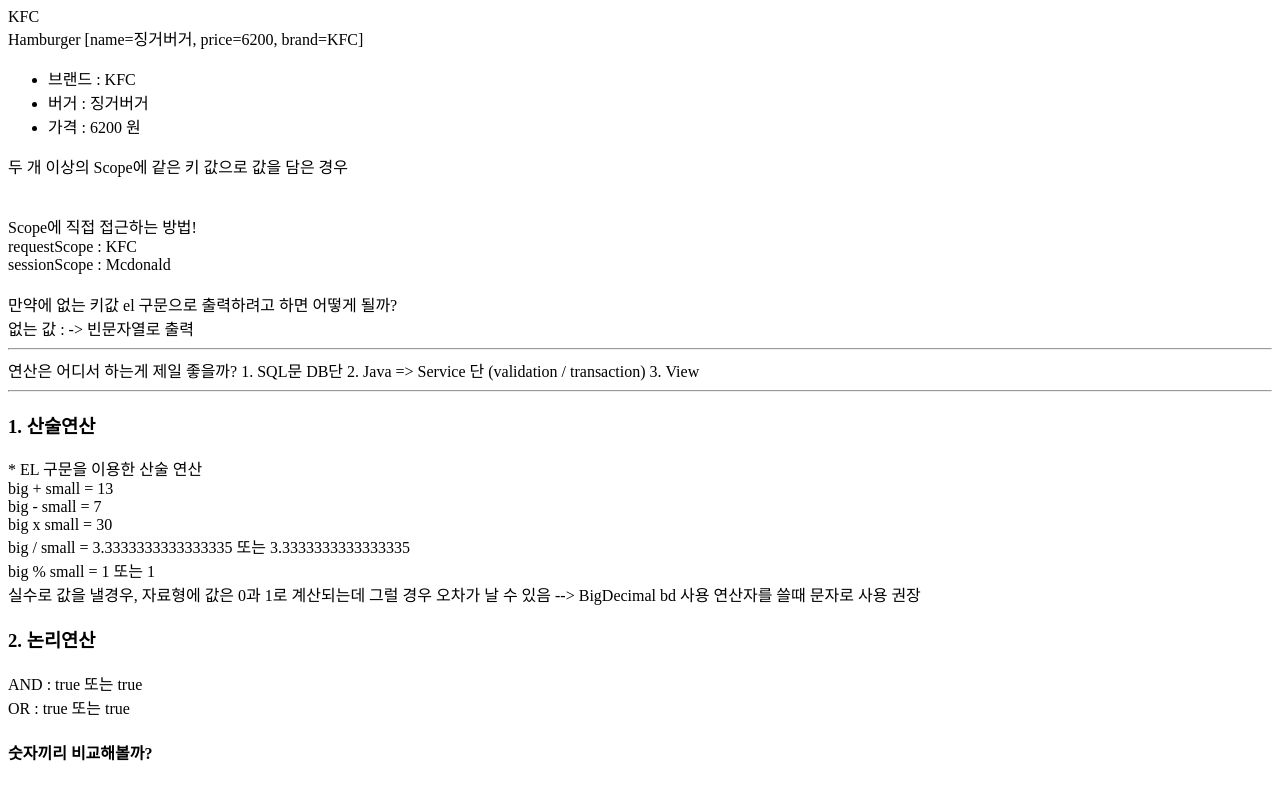
Repository: parkjin-sol/web-workplace
Page: http://localhost/McdonaldProject/sc
These files come from the project's save history. The page is drawn as it stood at one moment and after the next save; the edit follows.
The browser window is 1280 px wide. The pictures show the whole page.
The page is served by Tomcat 9.

Above is the page before, as saved 2025-03-11 02:06:22.

After the next save:
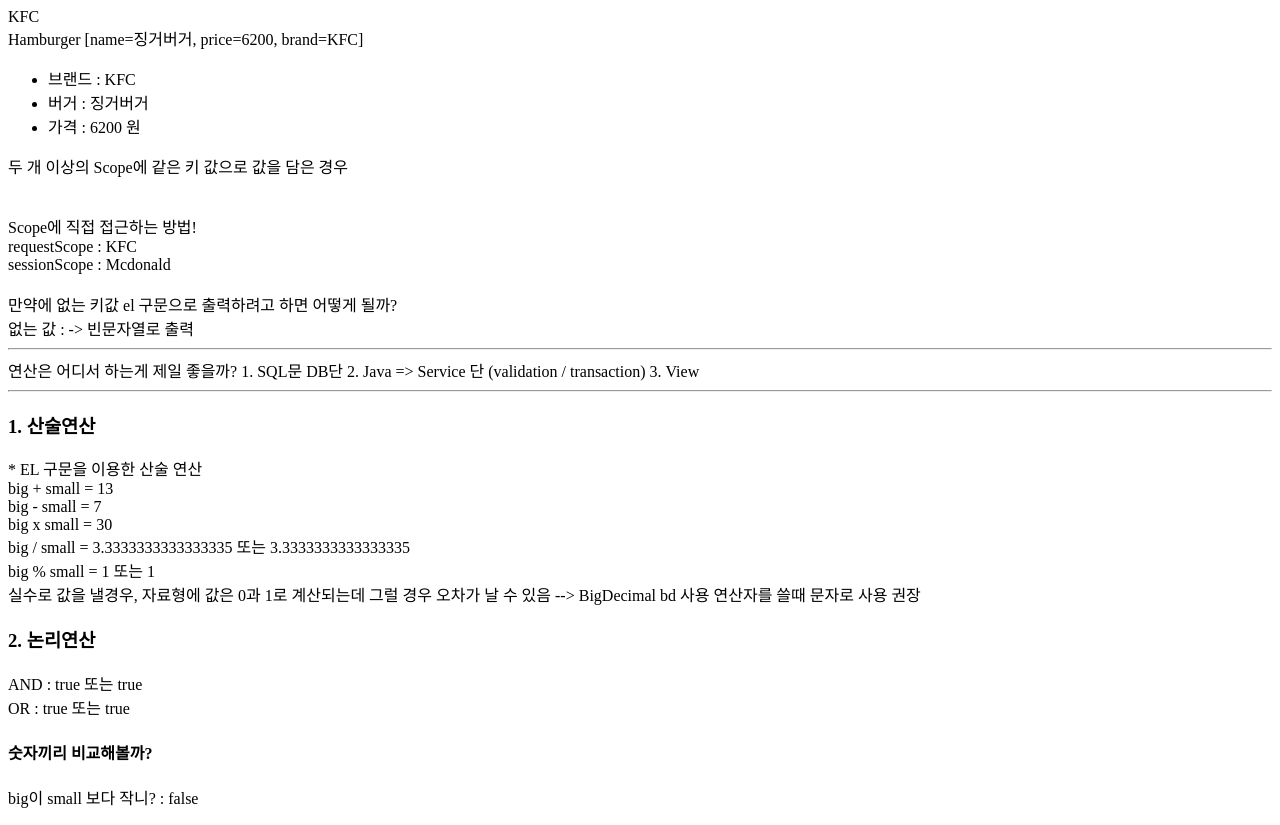
Saved 26 s later.
--- a/McdonaldProject/src/main/webapp/WEB-INF/views/print.jsp
+++ b/McdonaldProject/src/main/webapp/WEB-INF/views/print.jsp
@@ -71,6 +71,7 @@
 	 <h4>숫자끼리 비교해볼까?</h4>
 
 	 <p>
+	 	big이 small 보다 작니? : ${ big < small }
 
 
 
